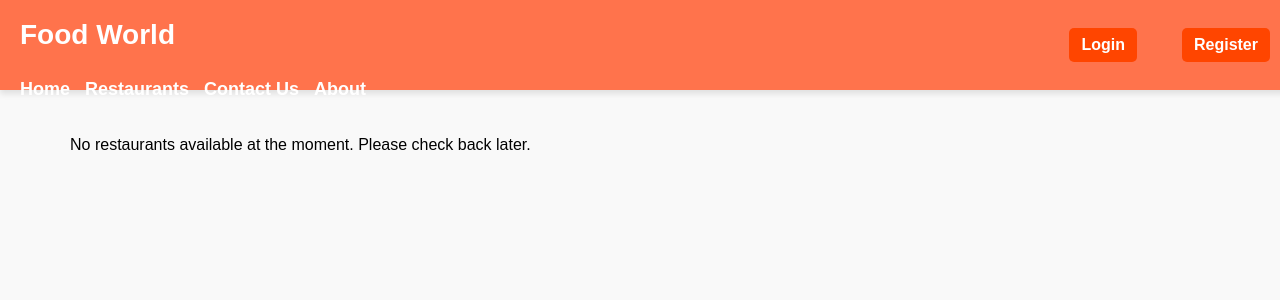
Repository: Sujith-B-S/Food-Application
Page: http://localhost/FoodApplication/home.jsp
The author's editor kept a copy of each file at every save. The page is drawn from the files as they stood at one save, then again after a run of saves.
The browser window is 1280 px wide. The pictures show the whole page.
Some web fonts or font styles are not loaded; a fallback is used. The page is served by Tomcat 9. Other server files are loaded and not shown.

Above is the page before, as saved 2024-11-16 19:11:47.

### FoodApplication/src/main/webapp/home.jsp
<%@ page language="java" contentType="text/html; charset=UTF-8" pageEncoding="UTF-8"%>
<%@ page import="com.sg.restaurantpojo.Restaurant" %>
<%@ page import="java.util.List" %>
<%@ page import="com.sg.userpojo.User" %>
<!DOCTYPE html>
<html lang="en">
<head>
    <meta charset="UTF-8">
    <meta name="viewport" content="width=device-width, initial-scale=1.0">
    <title>Home - Food Application</title>
    <style>
        /* Google Font */
        @import url('https://fonts.googleapis.com/css2?family=Nunito+Sans:wght@400;600;700&display=swap');

        html {
            scroll-behavior: smooth;
        }

        body {
            margin: 0;
            font-family: 'Nunito Sans', sans-serif;
            background-color: #f9f9f9;
        }

        /* Navbar Styling */
        .navbar {
            position: fixed;
            top: 0;
            width: 100%;
            height: 90px;
            background-color: #FF734C;
            display: flex;
            justify-content: space-between;
            align-items: center;
            padding: 0 20px;
            box-shadow: 0 4px 6px rgba(0, 0, 0, 0.1);
            z-index: 1000;
        }

        .navbar-left .nav{
            display: flex;
            align-items: center;
        }

        .app-name {
            font-size: 28px;
            font-weight: 700;
            color: white;
            margin-right: 20px;
        }

        nav {
            display: flex;
            gap: 15px;
        }

        .navbar a {
            color: white;
            text-decoration: none;
            font-size: 18px;
            font-weight: 600;
        }

        .navbar a:hover {
            color: black;
        }

        .user-info {
            display: flex;
            align-items: center;
            gap: 15px;
        }

        .user-info p {
            margin: 0;
            color: white;
            font-size: 18px;
        }

        .user-info a {
            color: #fff;
            padding: 8px 12px;
            border-radius: 5px;
            margin-right:30px;
            background-color: #ff4500;
            font-size: 16px;
            text-decoration: none;
            transition: background-color 0.3s ease;
        }

        .user-info a:hover {
            background-color: #ff3300;
        }

        /* Hamburger Menu */
        .hamburger {
            display: none;
            flex-direction: column;
            gap: 5px;
            cursor: pointer;
        }

        .hamburger div {
            width: 25px;
            height: 3px;
            background-color: white;
        }

        .navbar nav {
            display: flex;
        }

        .navbar nav.active {
            display: flex;
            flex-direction: column;
            background-color: #FF734C;
            position: absolute;
            top: 70px;
            left: 0;
            width: 100%;
            padding: 10px 0;
            z-index: 999;
        }

        .container {
        	margin:50px;
            margin-top: 100px;
            display: grid;
            grid-template-columns: repeat(auto-fit, minmax(250px, 1fr));
            gap: 20px;
            padding: 20px;
        }

        .card {
            border: 1px solid #ddd;
            border-radius: 10px;
            background-color: #fff;
            box-shadow: 0 4px 8px rgba(0, 0, 0, 0.1);
            transition: transform 0.3s ease, box-shadow 0.3s ease;
        }

        .card:hover {
            transform: scale(1.05);
            box-shadow: 0 6px 12px rgba(0, 0, 0, 0.2);
        }

        .card img {
            width: 100%;
            height: 250px;
            object-fit: cover;
            -moz-border-radius: 0px;
			-webkit-border-radius: 3px 3px 0px 0px;
			border-radius: 10px 10px 0px 0px;
        }

        .card-content {
            padding: 15px;
            text-align: center;
        }

        .card-content h3 {
            font-size: 1.5rem;
            color: #1E201E;
            margin: 10px 0;
        }

        .card-content p {
            font-size: 0.9rem;
            color: #666;
            margin: 5px 0;
        }
        a{
        	text-decoration: none;
        }

       /*  .card-content button {
            margin-top: 10px;
            padding: 10px 20px;
            font-size: 16px;
            color: white;
            background-color: #FF734C;
            border: none;
            border-radius: 5px;
            cursor: pointer;
            transition: background-color 0.3s ease;
        } */

       /*  .card-content button:hover {
            background-color: #ff3d00;
        } */

        /* Responsive Adjustments */
        @media (max-width: 790px) {
            .hamburger {

                display: flex;
                width: 10px;
            }

            .navbar nav {
                display: none;
            }

            .navbar nav.active {
                display: flex;
            }

            .app-name {
                font-size: 24px;
            }

            .user-info a {
                font-size: 14px;
            }
        }

        @media (max-width: 450px) {
            .hamburger {
                display: flex;
            }

            .navbar nav {
                display: none;
            }

            .navbar nav.active {
                display: flex;
            }

            .app-name {
                font-size: 20px;
            }

            .user-info a {
                font-size: 7px;
            }
        }
    </style>
    <script>
        document.addEventListener('DOMContentLoaded', () => {
            const hamburger = document.querySelector('.hamburger');
            const nav = document.querySelector('.navbar nav');

            hamburger.addEventListener('click', () => {
                nav.classList.toggle('active');
            });
        });
    </script>
</head>
<body>
    <!-- Navbar -->
    <div class="navbar">
        <div class="navbar-left">
            <div class = "title">
            	<p class="app-name">Food World</p>
            </div>
            <div class="hamburger">
                <div></div>
                <div></div>
                <div></div>
            </div>
            <nav>
                <a href="home.jsp">Home</a>
                <a href="restaurants.jsp">Restaurants</a>
                <a href="contact.jsp">Contact Us</a>
                <a href="about.jsp">About</a>
            </nav>
        </div>
        <div class="user-info">
            <%
                User user = (User) session.getAttribute("loggedInUser");
                if (user != null) {
            %>
                <p>Welcome, <%= user.getUsername() %></p>
                <a href="login.jsp">Logout</a>
            <%
                } else {
            %>
                <a href="login.jsp">Login</a>
                <a href="register.jsp">Register</a>
            <%
                }
            %>
        </div>
    </div>

    <!-- Restaurant Cards -->
    <div class="container">
        <%
            List<Restaurant> resList = (List<Restaurant>) session.getAttribute("resList");
            if (resList != null) {
                for (Restaurant res : resList) {
        %>
        <a href="ShowMenu?restaurantId=<%= res.getRestaurantId() %>">
        <div class="card">
            <img src="<%= res.getImage() %>" alt="Restaurant">
            <div class="card-content">
                <h3><%= res.getName() %></h3>
                <p><strong>Cuisine:</strong> <%= res.getCuisineType() %></p>
                <p><strong>Address:</strong> <%= res.getAddress() %></p>
                <p><strong>Ratings:</strong> <%= res.getRatings() %></p>
                <p><strong>Delivery Time:</strong> <%= res.getDeliverTime() %> mins</p>
                <p><strong>Available:</strong> <%= res.getIsActive() ? "Yes" : "No" %></p>



            </div>
        </div>
         </a>
        <%
                }
            } else {
        %>
        <p>No restaurants available at the moment. Please check back later.</p>
        <%
            }
        %>

    </div>

</body>
</html>

After the next 2 saves:
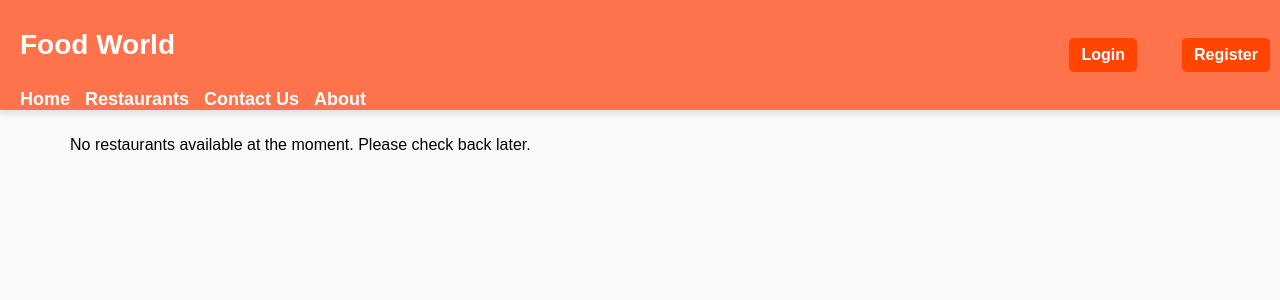
The 2 saves are shown as one change because they came seconds apart.
The last was saved 12 s later.
--- a/FoodApplication/src/main/webapp/home.jsp
+++ b/FoodApplication/src/main/webapp/home.jsp
@@ -27,7 +27,7 @@
             position: fixed;
             top: 0;
             width: 100%;
-            height: 90px;
+            height: 110px;
             background-color: #FF734C;
             display: flex;
             justify-content: space-between;
